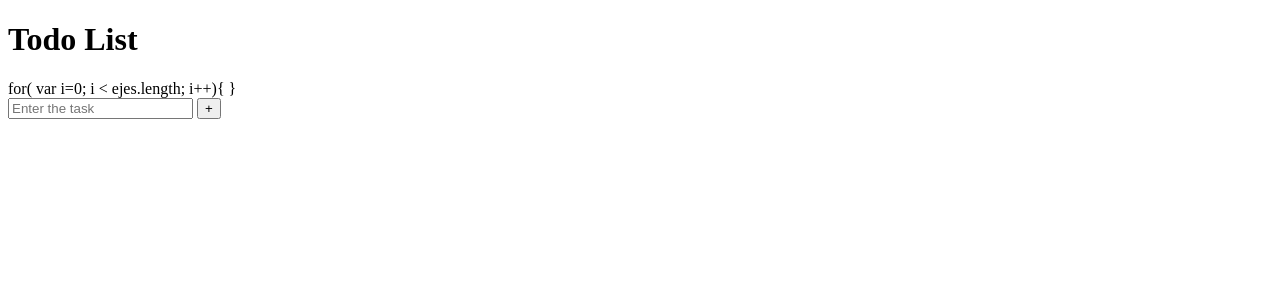
Repository: rupeshkofficial/Todo-List-Ver2
Page: http://localhost/
An editor plug-in stored every save of this project. The page is shown before and after the next save, followed by the edit.
The browser window is 1280 px wide. The pictures show the whole page.
The page is served by the project's Node server (app.js).

Above is the page before, as saved 2023-02-23 13:24:28.

### views/list.ejs
<!DOCTYPE html>
<html>

<head>
    <title> Todo List</title>
</head>

<body>
    <div class="box">
        <h1>Todo List</h1>
    </div>
    <div class="box">
       for( var i=0; i < ejes.length; i++){

       }

        <form action="/" , method="POST">
            <input type="text" name="ele1" placeholder="Enter the task">
            <button type="submit">+</button>

        </form>
    </div>
</body>

</html>

### app.js
const express = require("express");
const bodyParser = require("body-parser");

var app = express();
app.set("view engine", "ejs");
app.use(express.urlencoded({ extended: true }));
var items = [];

var example = "working";
app.get("/", function (req, res) {
    res.render("list", { exej: example });
});

app.post("/", function (req, res) {
    var item  = req.body.ele1;
    items.push(item);
    res.redirect("/");

    // console.log(req.body.ele1);
});

app.listen(8000, function () {
    console.log("Server started");
});

After the next save:
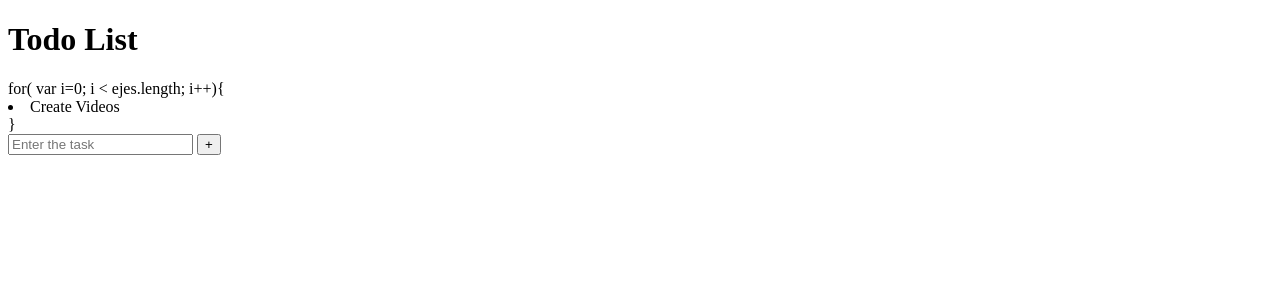
Saved 5 s later.
--- a/views/list.ejs
+++ b/views/list.ejs
@@ -11,6 +11,7 @@
     </div>
     <div class="box">
        for( var i=0; i < ejes.length; i++){
+        <li>Create Videos</li>
 
        }
 

After the 2 saves that followed:
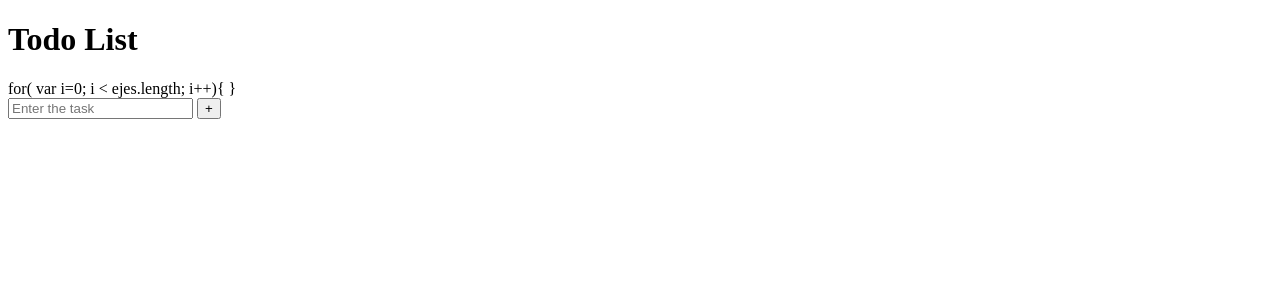
The 2 saves are shown as one change because they came seconds apart.
The last was saved 7 s later.
--- a/views/list.ejs
+++ b/views/list.ejs
@@ -11,7 +11,6 @@
     </div>
     <div class="box">
        for( var i=0; i < ejes.length; i++){
-        <li>Create Videos</li>
 
        }
 
